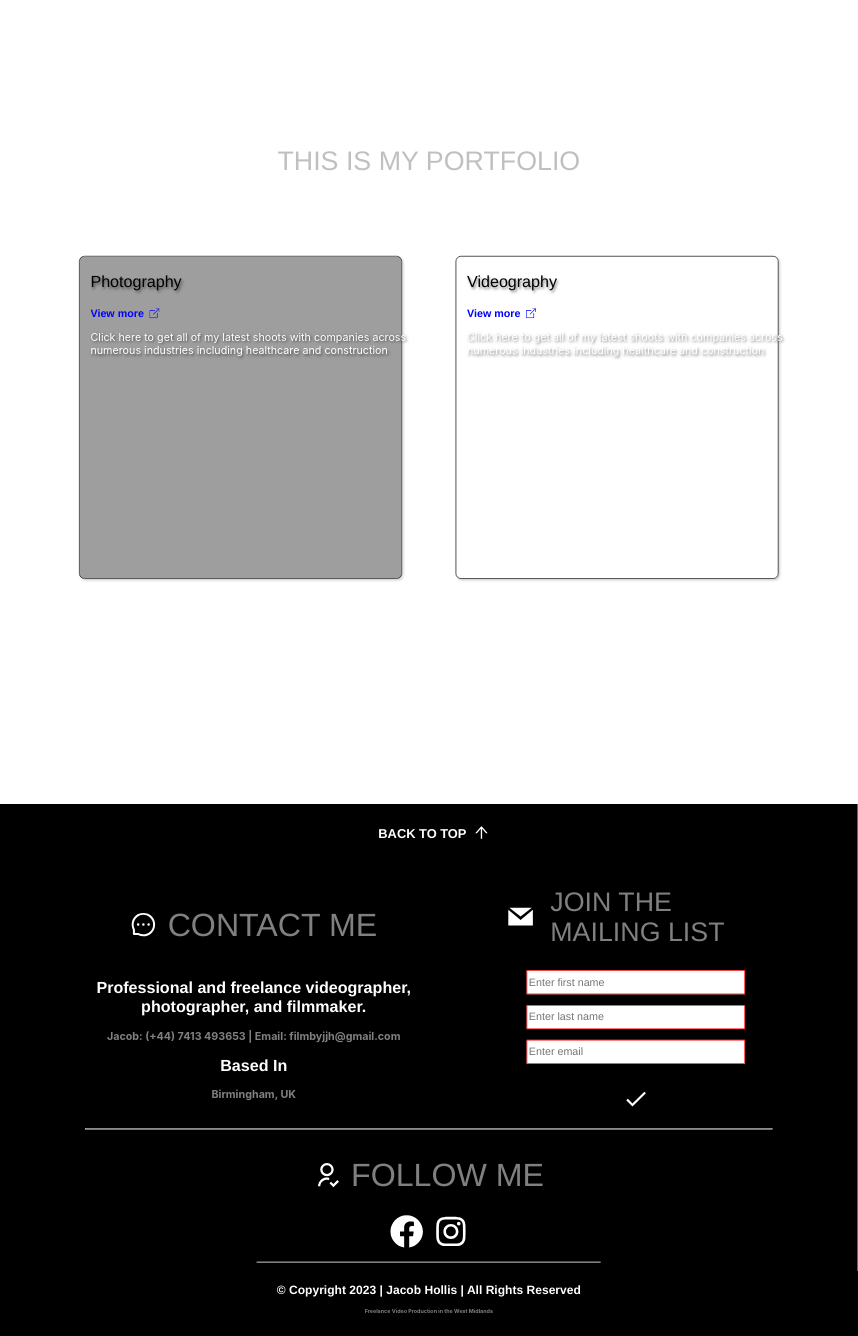
Repository: ThomasMTurner/filmbyjjh-portfolio
Page: /portfolio (app in client/)
These files come from the project's save history. The page is drawn as it stood at one moment and after a run of saves; the edit follows.
The browser window is 1280 px wide. The pictures show the whole page, at 67% of full size.
Pictures or frames that could not be fetched are drawn as grey boxes. The project was rebuilt for these pictures with package versions that can differ from the ones it lists, and the page was loaded fresh each time. Also part of the build but not shown: client/vite.config.js, client/src/pages/Components/TagComponents.jsx, client/src/pages/Components/Post.jsx, client/src/pages/Components/SearchBar.jsx, client/src/pages/Updates.jsx, client/src/pages/Contact.jsx, client/src/pages/Components/InitialLogin.jsx, client/src/pages/Home.jsx and 2 more. Imported but missing from the stored project, and not drawn on this page: client/src/pages/Components/Videos/header.mp4, client/src/pages/Components/Videos/portfolio-reel.mp4.

Above is the page before, as saved 2023-10-20 13:04:19.

After the next 2 saves:
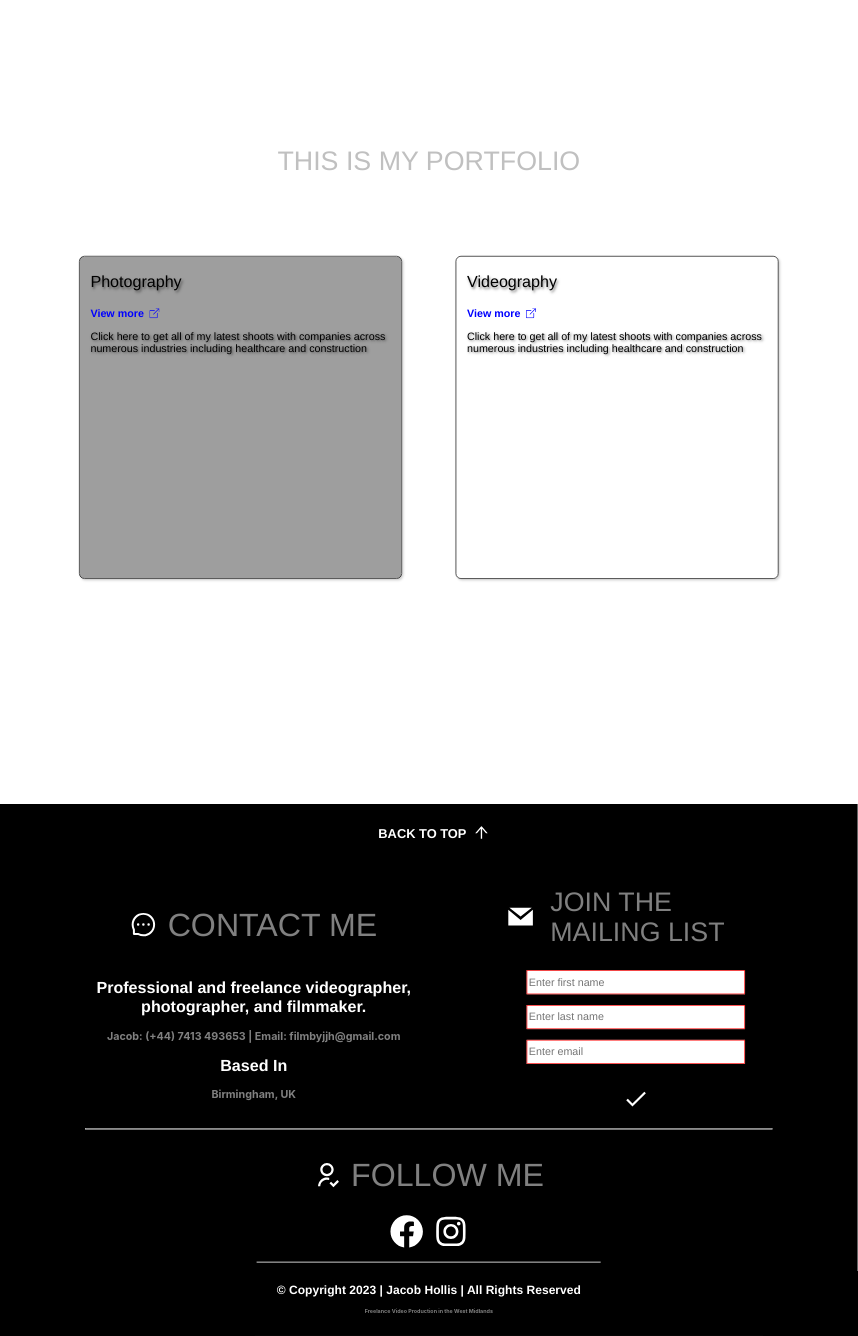
The 2 saves are shown as one change because they came seconds apart.
The last was saved 15 s later.
--- a/client/src/pages/Portfolio.jsx
+++ b/client/src/pages/Portfolio.jsx
@@ -8,7 +8,7 @@ const PortfolioCard = (props) => {
         <div className={`portfolio-card portfolio-card-${props.title.toLowerCase()}`}>
             <p style={{fontFamily:'helvetica', fontWeight:'200', fontSize:'1.5rem', color:'black'}}>{props.title}</p>
             <button className='portfolio-card-button' type="button" onClick={() => navigate(`/portfolio/${props.title.toLowerCase().slice(0, 5)}`)}>View more <BsBoxArrowUpRight color={'blue'} size={15} /></button>
-            <p>{props.desc}</p>
+            <p style={{fontFamily:'helvetica', fontWeight:'200', fontSize:'1rem', color:'black'}}>{props.desc}</p>
         </div>
     )
 }
